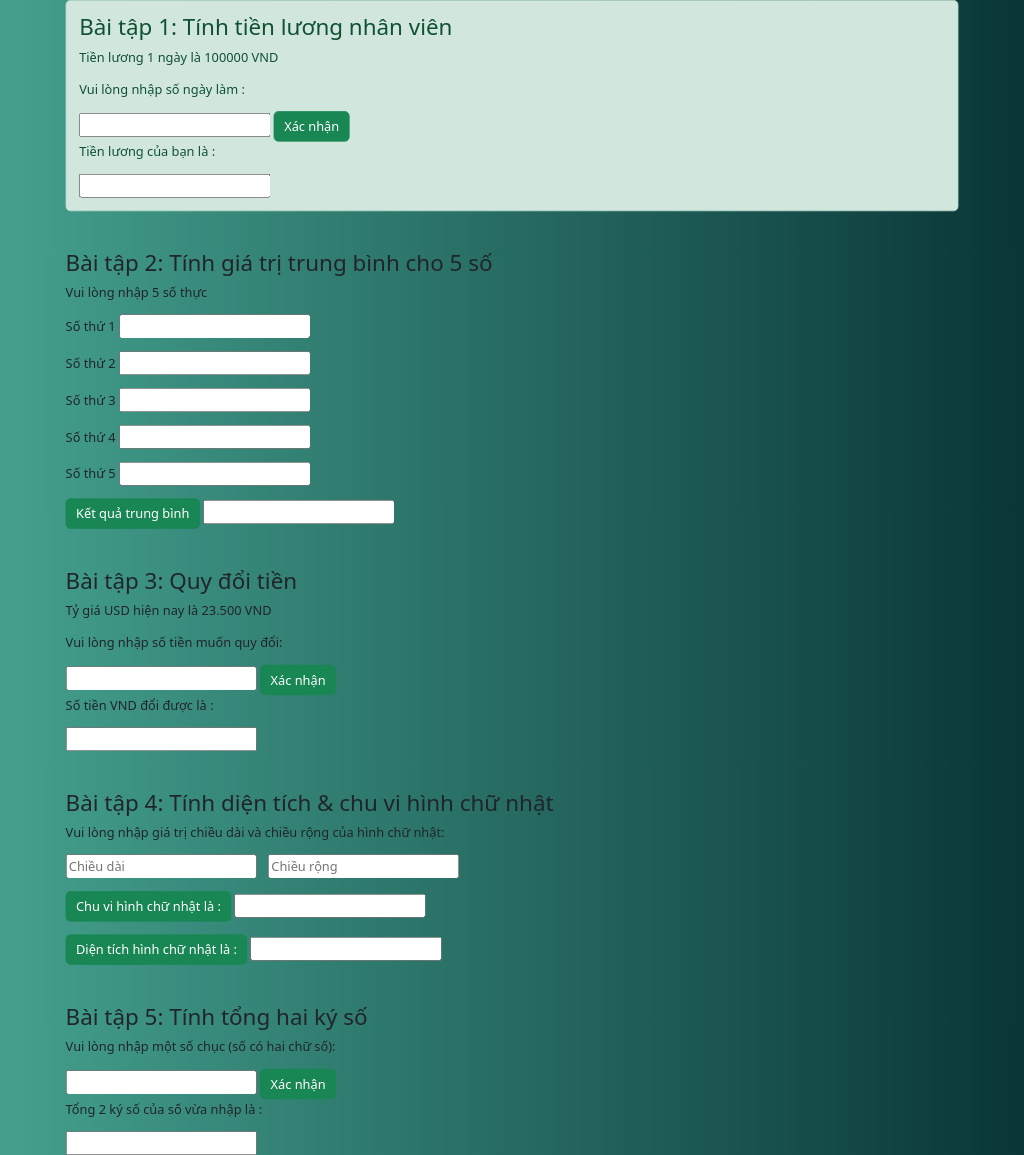
Repository: hcozyph/TranHuuPhuoc_BC43_BT_JS_Buoi2
Page: index.html
An editor plug-in stored every save of this project. The page is shown before and after the next save, followed by the edit.
The browser window is 1280 px wide. The pictures show the whole page, at 80% of full size.

Above is the page before, as saved 2023-02-03 20:26:18.

After the next save:
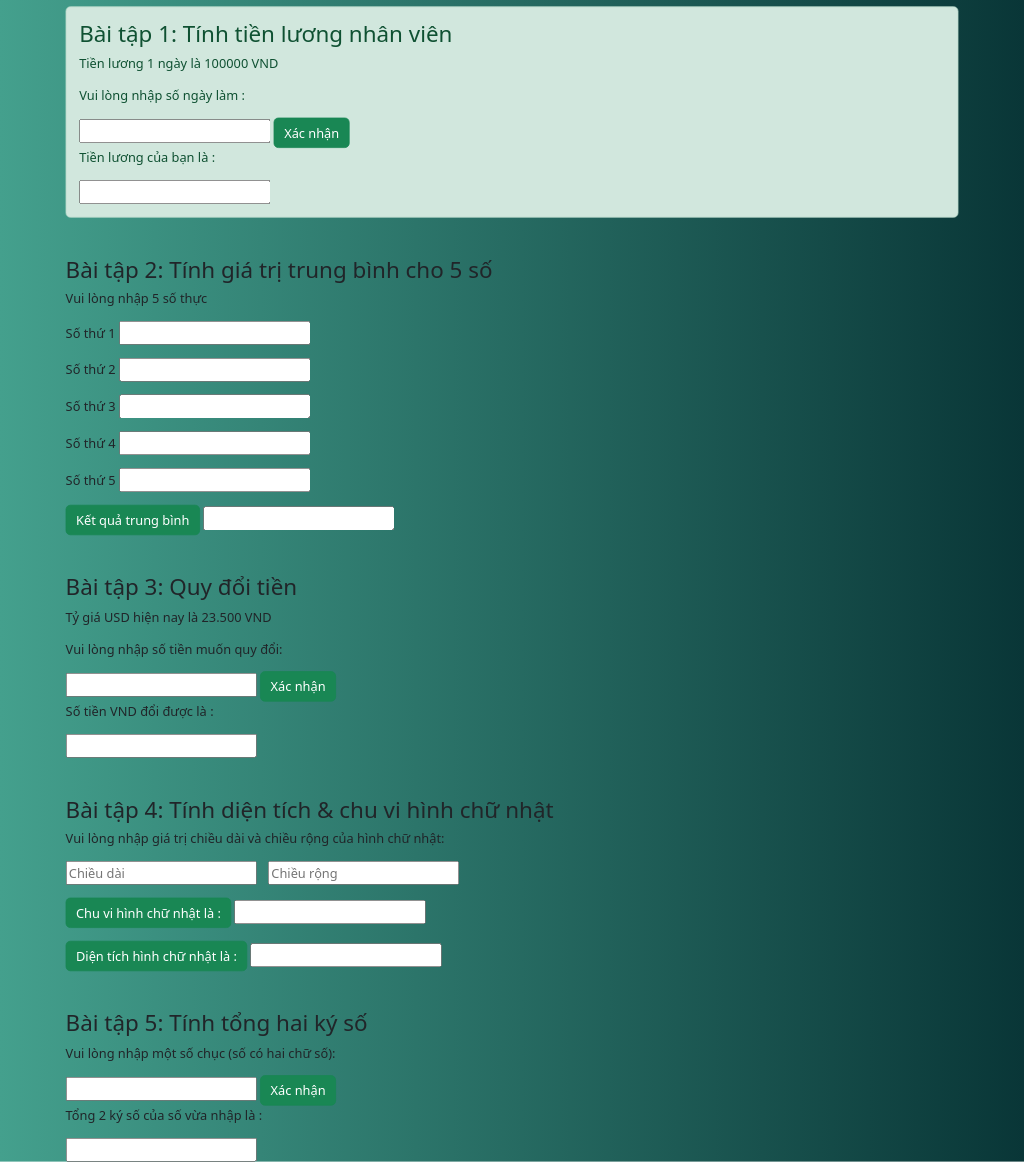
Saved 27 s later.
--- a/index.html
+++ b/index.html
@@ -41,7 +41,7 @@
     </head>
 
     <body>
-        <div class="btvn">
+        <div class="btvn pt-2">
             <!-- BT1 -->
             <div class="container">
                 <!-- BT-1 -->
